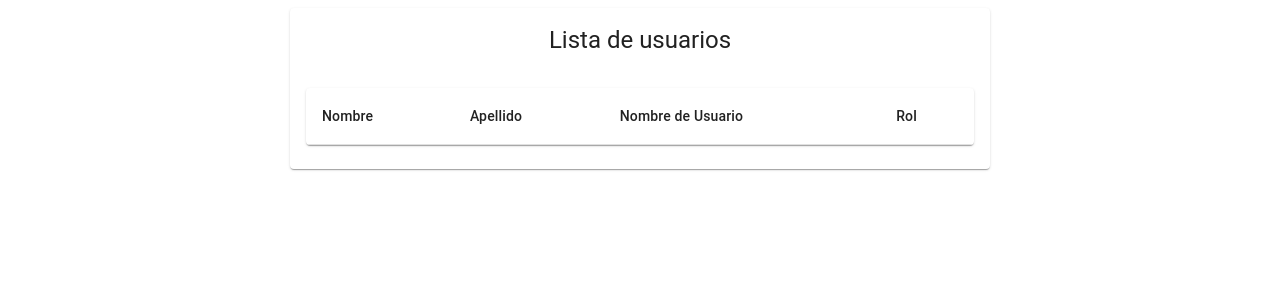
Repository: Mpablom/usuarioCaC-integrador-final-front
Page: /usuarios
These files come from the project's save history. The page is drawn as it stood at one moment and after the next save; the edit follows.
The browser window is 1280 px wide. The pictures show the whole page.
The page's requests for data from a server got no answer. The project was rebuilt for these pictures with package versions that can differ from the ones it lists, and the page was loaded fresh each time. No one was signed in, and anything a server would have sent is missing. Also part of the build but not shown: vite.config.ts, src/components/Login.tsx, src/index.css.

Above is the page before, as saved 2024-07-10 23:36:43.

After the next save:
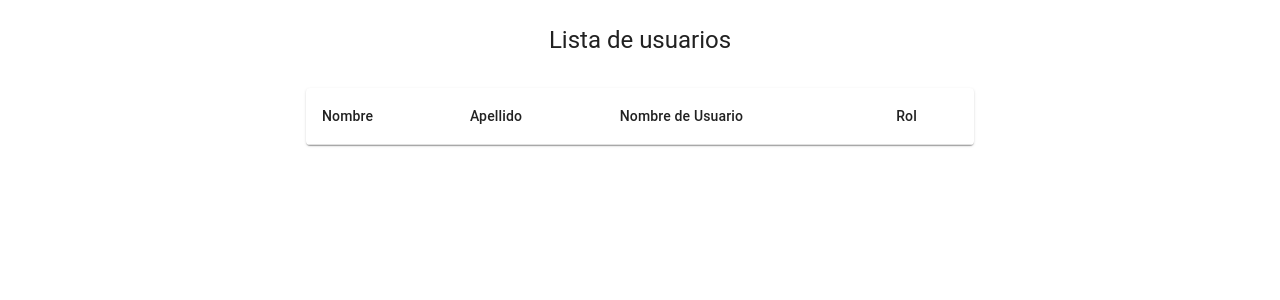
Saved 43 s later.
--- a/src/components/UsuariosTable.tsx
+++ b/src/components/UsuariosTable.tsx
@@ -31,9 +31,11 @@ const UsuariosTable: React.FC = () => {
   }, []);
 
   return (
-    <Card sx={{ maxWidth: 700, margin: "auto" }}>
-<CardHeader title="Lista de usuarios" sx={{ textAlign: "center",  }}>
-      </CardHeader>
+    <Card sx={{ maxWidth: 700, margin: "auto", boxShadow:'none' }}>
+      <CardHeader
+        title="Lista de usuarios"
+        sx={{ textAlign: "center" }}
+      ></CardHeader>
       <CardContent>
         <TableContainer component={Paper}>
           <Table>
